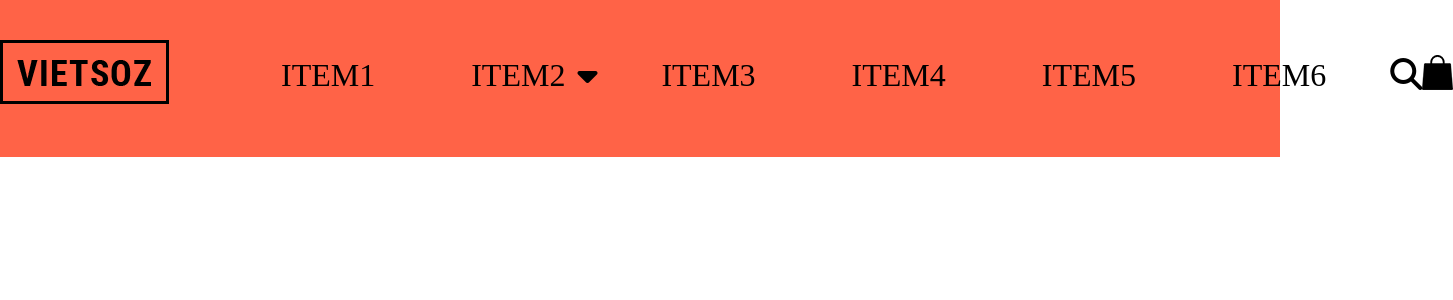
Repository: Kienroro2003/Kienroro-Miscellaneous
Page: UNITOP/front-end/project/vietsoz/header.html
An editor plug-in stored every save of this project. The page is shown before and after a run of saves, followed by the edit.
The browser window is 1280 px wide. The page is 1453 px wide, so the pictures cover 1453 px, including what lies to the right of the window. The pictures show the whole page.
The style sheet was rebuilt from its Sass, Less or Tailwind sources for each picture, by a compiler version that may differ from the author's.

Above is the page before, as saved 2022-10-04 14:23:24.

After the next 3 saves:
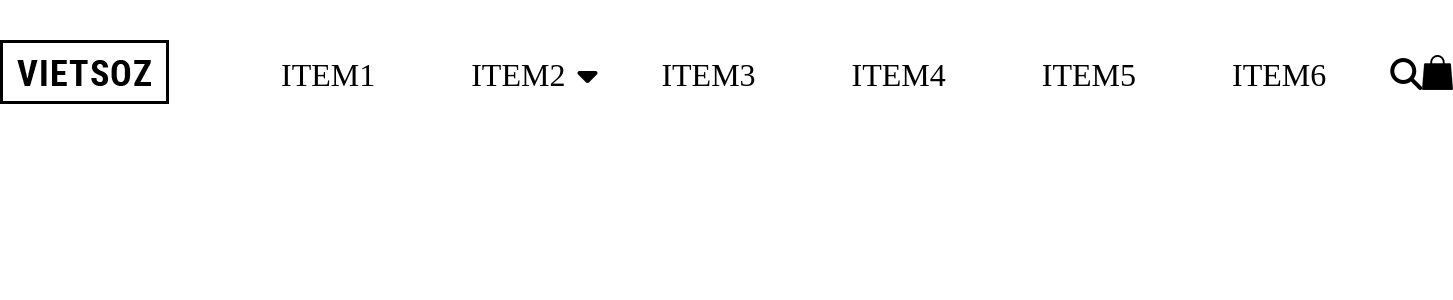
The 3 saves are shown as one change because they came seconds apart.
The last was saved 37 s later.
--- a/UNITOP/front-end/project/vietsoz/assets/scss/header.scss
+++ b/UNITOP/front-end/project/vietsoz/assets/scss/header.scss
@@ -2,7 +2,7 @@
 
 #header {
   padding: 2.5rem 0 3rem;
-  background-color: tomato;
+  background-color: #ffffff;
 }
 
 .navbar {
@@ -10,7 +10,7 @@
   font-weight: normal;
   font-size: 2rem;
   // line-height: normal;
-  &__link{
+  &__link {
     margin-right: 5rem;
   }
   &__menu {
